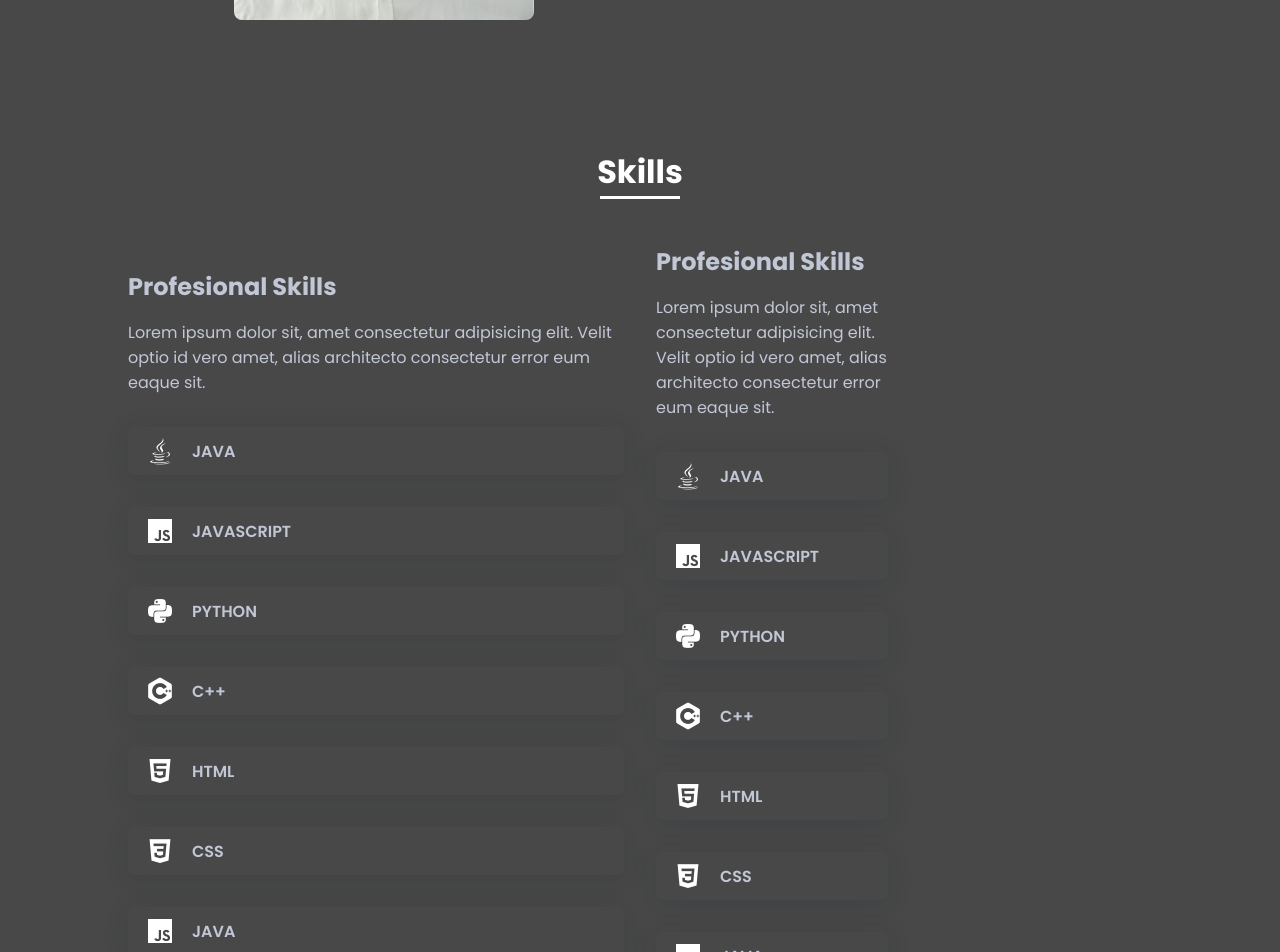
Repository: joshliu14/joshliu14.github.io
Page: index.html
The author's editor kept a copy of each file at every save. The page is drawn from the files as they stood at one save, then again after the next save.
The browser window is 1280 px wide. The pictures show the part of the page from y = 1094 to 2046 px (the page is 3645 px tall before and 3595 px after).
A picture or video elsewhere on the page could not be fetched, so the positions and the page height are approximate.

Above is the page before, as saved 2024-02-01 00:05:32.

After the next save:
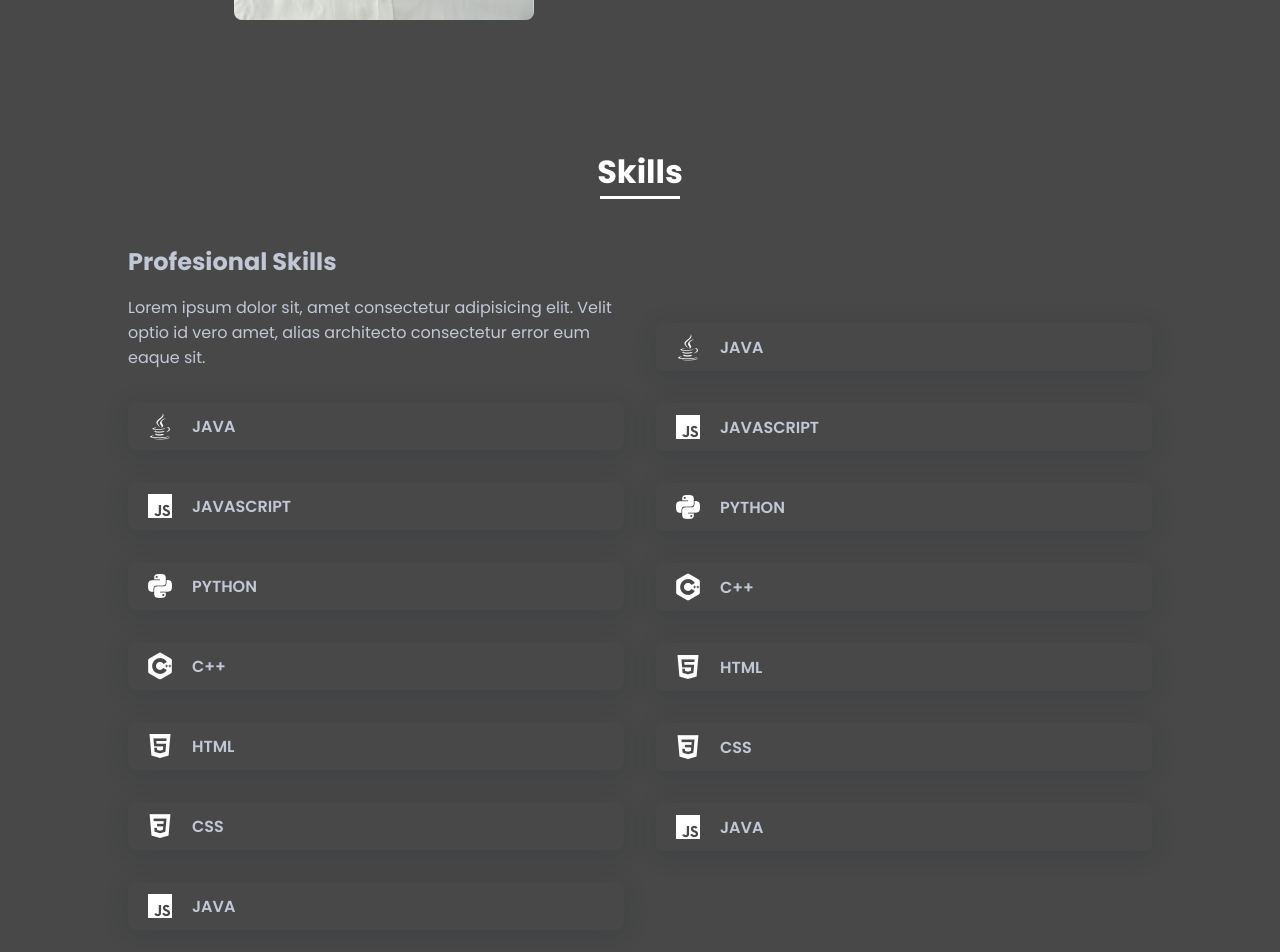
Saved 42 s later.
--- a/index.html
+++ b/index.html
@@ -179,15 +179,7 @@
               </div>
             </div>
           </div>
-
-          <div class="skills__container bd-grid">
           <div>
-            <h2 class="skills__subtitle">Profesional Skills</h2>
-            <p class="skills__text">
-              Lorem ipsum dolor sit, amet consectetur adipisicing elit. Velit
-              optio id vero amet, alias architecto consectetur error eum eaque
-              sit.
-            </p>
             <div class="skills__data">
               <div class="skills__names">
                 <i class="bx bxl-java skills__icon"></i>
